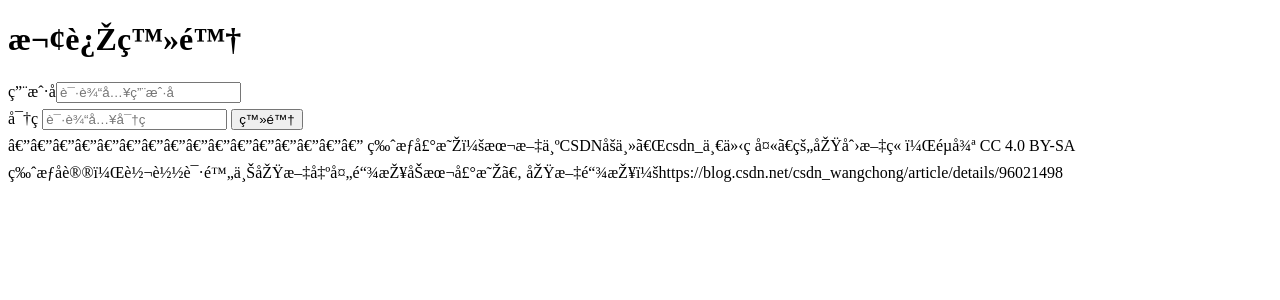
Repository: Wangqhu/JavaWeb
Page: http://localhost/com.webtest.qhu/
These files come from the project's save history. The page is drawn as it stood at one moment and after the next save; the edit follows.
The browser window is 1280 px wide. The pictures show the whole page.
The page is served by Tomcat 9.

Above is the page before, as saved 2019-12-17 07:55:44.

After the next save:
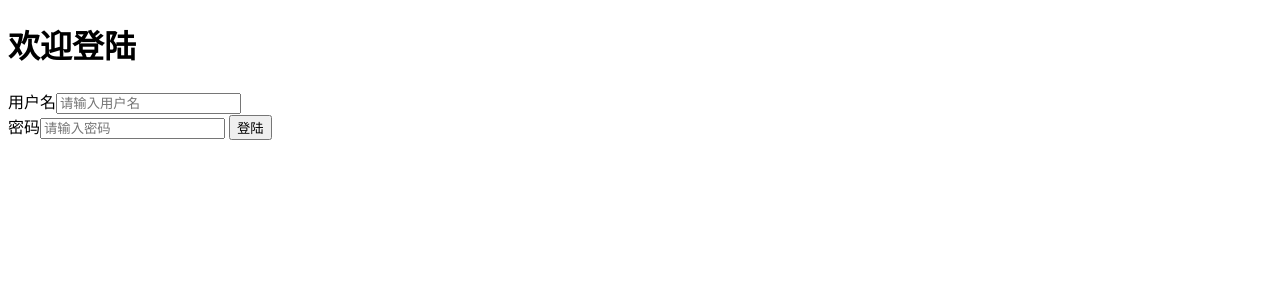
Saved 18 s later.
--- a/作业/com.webtest.qhu/WebContent/index.jsp
+++ b/作业/com.webtest.qhu/WebContent/index.jsp
@@ -1,9 +1,9 @@
-<%@ page language="java" contentType="text/html; charset=ISO-8859-1"
-    pageEncoding="ISO-8859-1"%>
+<%@ page language="java" contentType="text/html; charset=utf-8"
+    pageEncoding="utf-8"%>
 <!DOCTYPE html>
 <html>
 <head>
-<meta charset="ISO-8859-1">
+<meta charset="utf-8">
 <title>Insert title here</title>
 </head>
 <body>
@@ -14,7 +14,4 @@
 			type="submit" value="登陆">
 	</form>
 </body>
-————————————————
-版权声明：本文为CSDN博主「csdn_一介码夫」的原创文章，遵循 CC 4.0 BY-SA 版权协议，转载请附上原文出处链接及本声明。
-原文链接：https://blog.csdn.net/csdn_wangchong/article/details/96021498
 </html>
